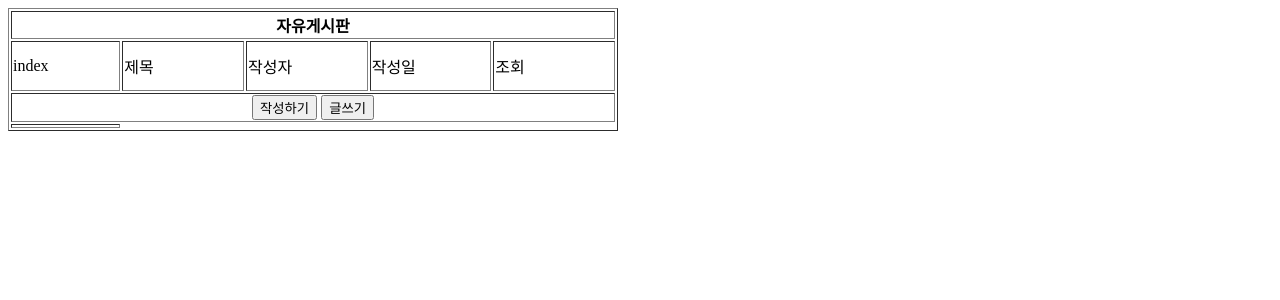
Repository: y2kim/workspace3
Page: http://localhost/WEB_MVC1_JSP_05_25/BorderList.jsp
The author's editor kept a copy of each file at every save. The page is drawn from the files as they stood at one save, then again after the next save.
The browser window is 1280 px wide. The pictures show the whole page.
The page is served by Tomcat 9. Queries for data that is not in the repository find no rows.

Above is the page before, as saved 2018-06-04 02:49:06.

After the next save:
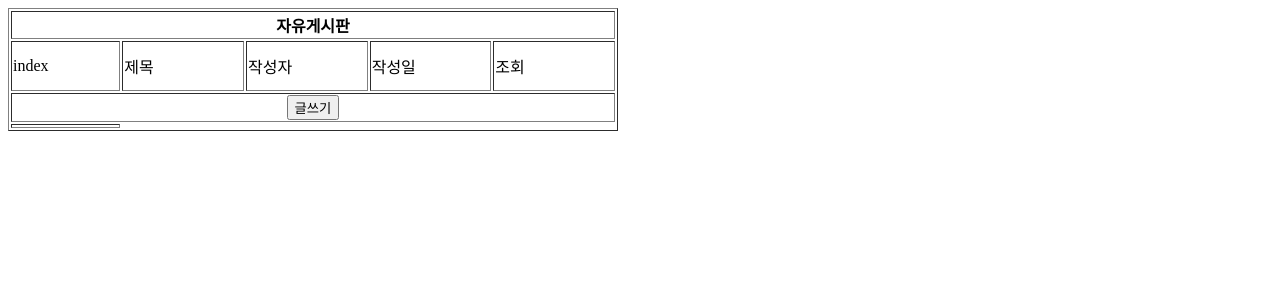
Saved 32 s later.
--- a/WEB_MVC1_JSP_05_25/WebContent/BorderList.jsp
+++ b/WEB_MVC1_JSP_05_25/WebContent/BorderList.jsp
@@ -61,7 +61,7 @@
         		<%} %>
         <tr>
             <td colspan="5" align="center">
-            <input type="Button" value="작성하기">
+
             <input type="Button" value="글쓰기" id="addtext">
             </td>
         </tr>
